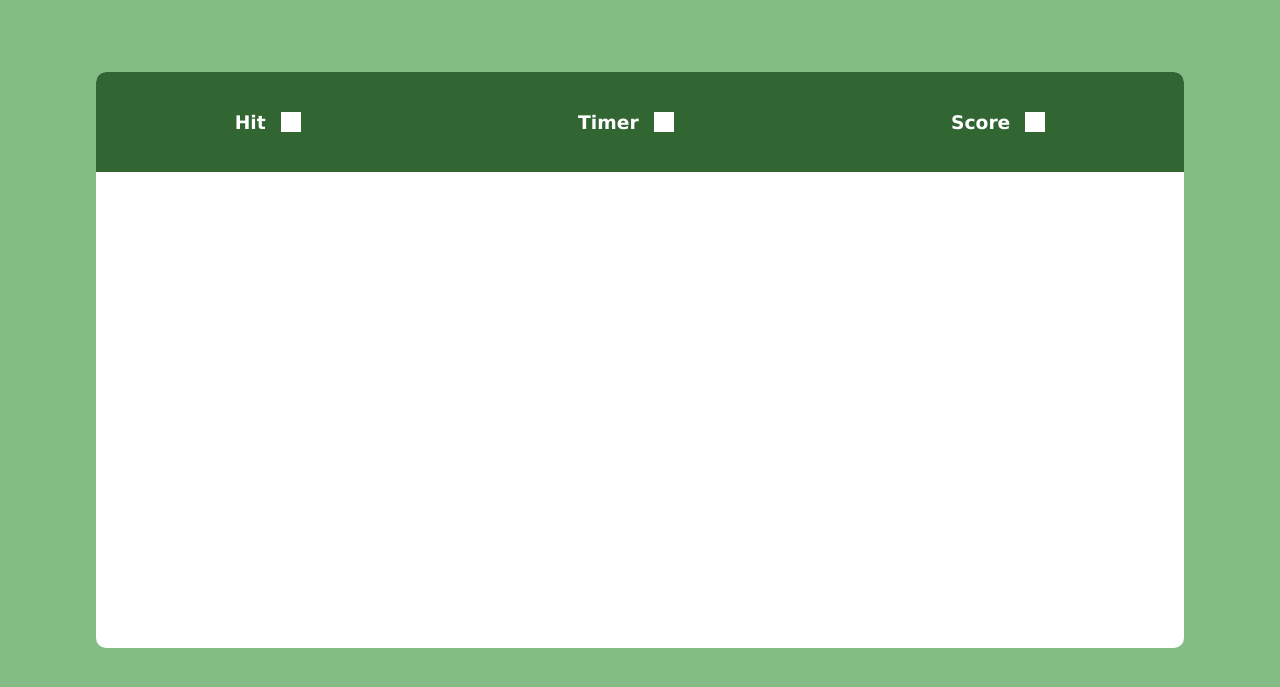
Repository: ketansharma22/BubbleGame
Page: index.html
An editor plug-in stored every save of this project. The page is shown before and after a run of saves, followed by the edit.
The browser window is 1280 px wide. The pictures show the whole page.

Above is the page before, as saved 2024-02-18 23:04:24.

After the next 2 saves:
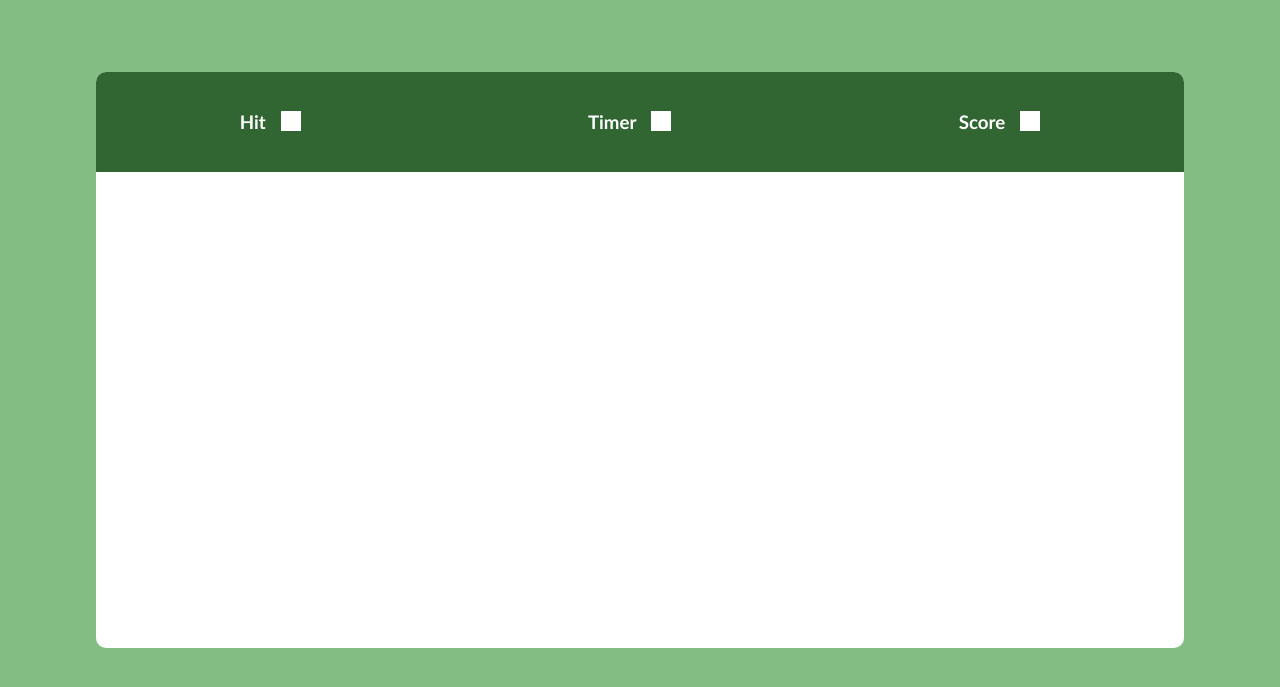
The 2 saves are shown as one change because they came seconds apart.
The last was saved 8 s later.
--- a/styles.css
+++ b/styles.css
@@ -2,7 +2,7 @@
     margin: 0;
     padding: 0;
     box-sizing: border-box;
-    font-family: Verdana, Geneva, Tahoma, sans-serif;
+    font-family:'Gill Sans', 'Gill Sans MT', Calibri, 'Trebuchet MS', sans-serif
 }
 html,body{
     width: 100%;
